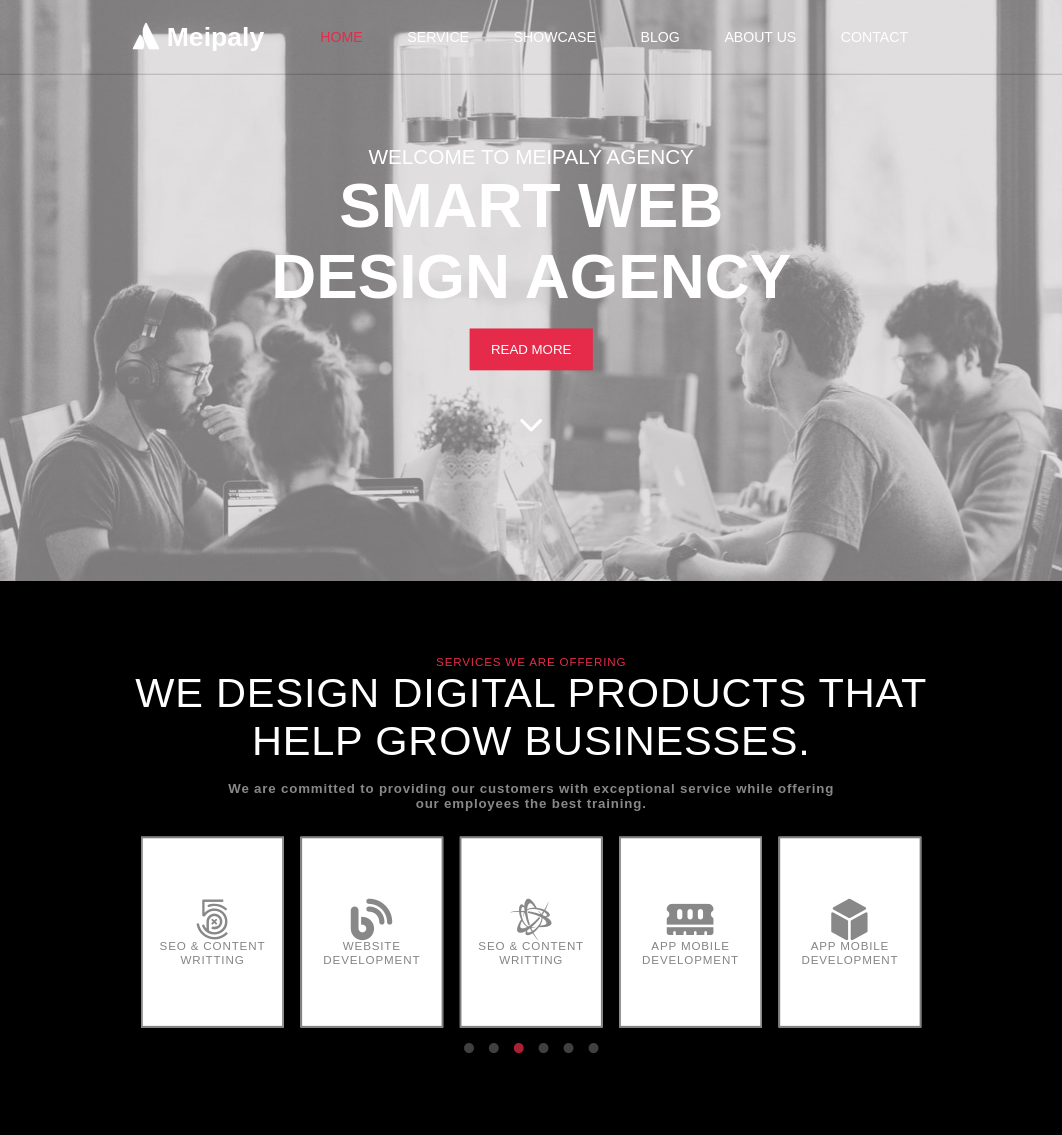
Repository: tudo1611/BC44_HTML5-CSS3_B6_MAIPALY_DO-TRUNG-TU
Page: index.html
An editor plug-in stored every save of this project. The page is shown before and after the next save, followed by the edit.
The browser window is 1280 px wide. The pictures show the whole page, at 83% of full size.
Some web fonts or font styles are not loaded; a fallback is used.

Above is the page before, as saved 2023-01-26 21:44:51.

After the next save:
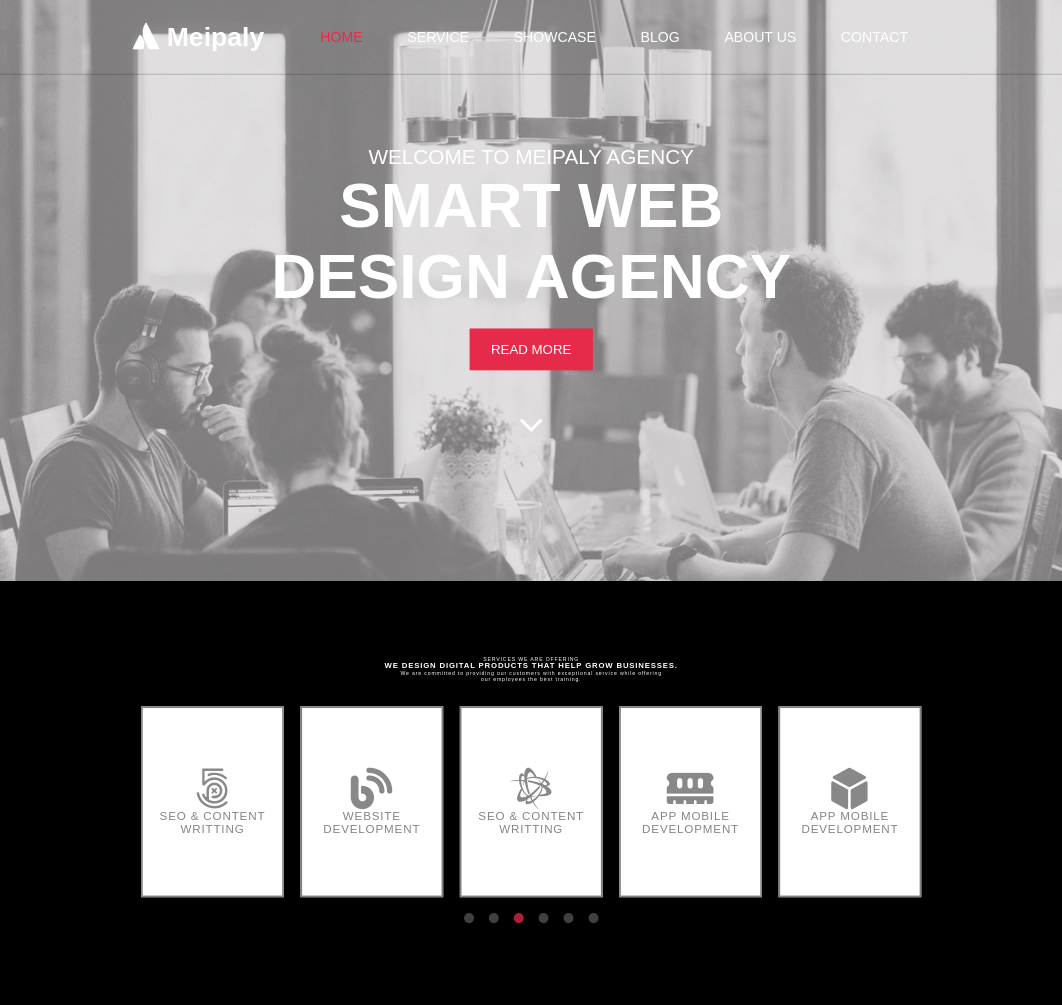
Saved 6 min 39 s later.
--- a/index.html
+++ b/index.html
@@ -50,7 +50,7 @@
     </section>
     <section class="service">
       <div class="service__content">
-        <div class="service__title">
+        <div class="title">
           <p>SERVICES WE ARE OFFERING</p>
           <h2>WE DESIGN DIGITAL PRODUCTS THAT HELP GROW BUSINESSES.</h2>
           <p>
